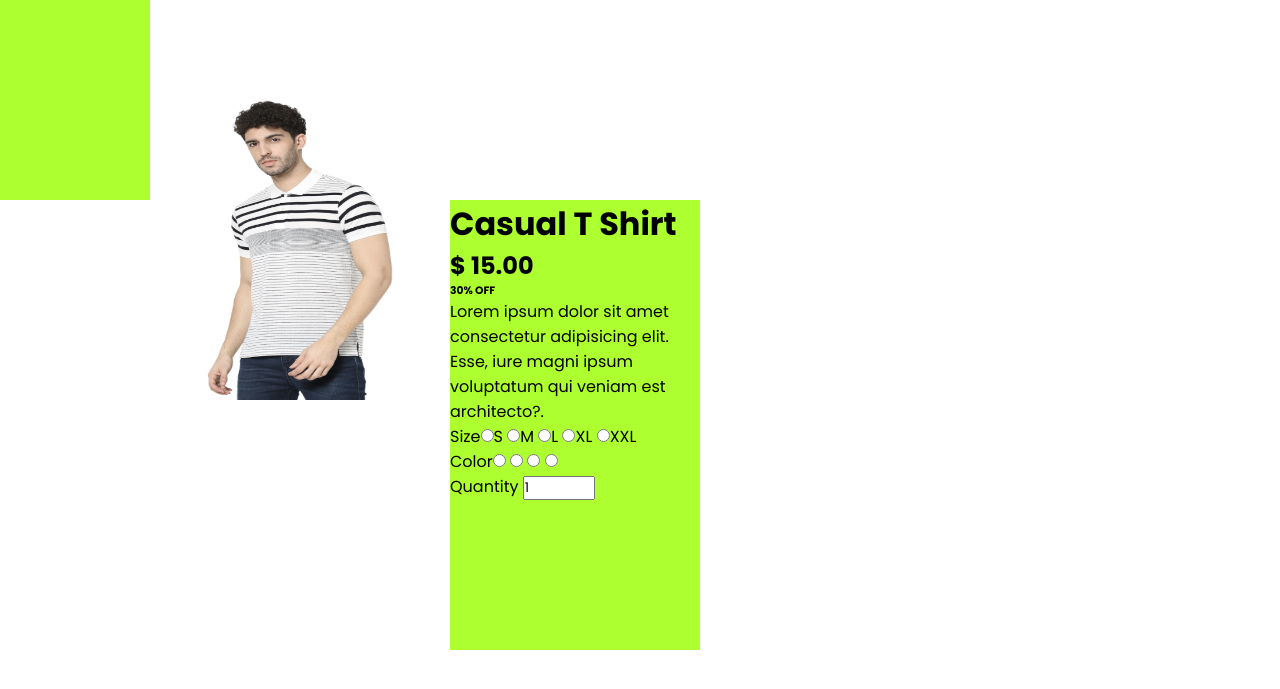
Repository: Ankitkr2021/Product-Page
Page: index.html
The author's editor kept a copy of each file at every save. The page is drawn from the files as they stood at one save, then again after the next save.
The browser window is 1280 px wide. The pictures show the whole page.

Above is the page before, as saved 2025-10-24 10:16:35.

### index.html
<!DOCTYPE html>
<html lang="en">
<head>
    <meta charset="UTF-8">
    <meta name="viewport" content="width=device-width, initial-scale=1.0">
    <title>Product Page Design</title>
    <link rel="stylesheet" href="./style.css">
</head>
<body>
    <div class="main">
    <div class="left">
    <div class="image1"><img src="./images/image1.png" alt=""></div>
    <div class="image2"></div>
    <div class="image3"></div>
    </div>
    <div class="right">
        <h1>Casual T Shirt</h1>
        <h2>$ 15.00</h2>
        <h6>30% OFF</h6>
        <p>Lorem ipsum dolor sit amet consectetur adipisicing elit. Esse, iure magni ipsum voluptatum qui veniam est architecto?.</p>
       <label>Size<input type="radio" name="size" value="s">S</label>
        <label><input type="radio" name="size" value="m">M</label>
        <label><input type="radio" name="size" value="l">L</label>
        <label><input type="radio" name="size" value="xl">XL</label>
        <label><input type="radio" name="size" value="xxl">XXL</label>

        <div class="color">
        <label>Color<input type="radio" name="color" value="red"></label>
        <label><input type="radio" name="color" value="green"></label>
        <label><input type="radio" name="color" value="blue"></label>
        <label><input type="radio" name="color" value="pink"></label>
        </div>

        <div class="quantity">
            <label>Quantity</label>
             <input type="number" id="qty" name="qty" min="1" max="10" value="1">
        </div>
    </div>
    </div>
</body>
</html>

### style.css
@import url("https://fonts.googleapis.com/css2?family=Poppins:wght@400;700&display=swap");

*{
    margin: 0;
    padding: 0;
    box-sizing: border-box;
    font-family: "Poppins",sans-serif;
}

.left {
    height: 200px;
    width: 150px;
    background: greenyellow;
}

.left img {
    height: 300px;
    width: 300px;
    margin-left: 150px;
    margin-top: 100px;
}

.right{
    height: 450px;
    width: 250px;
    margin-left: 450px;
    background: greenyellow;

}

After the next save:
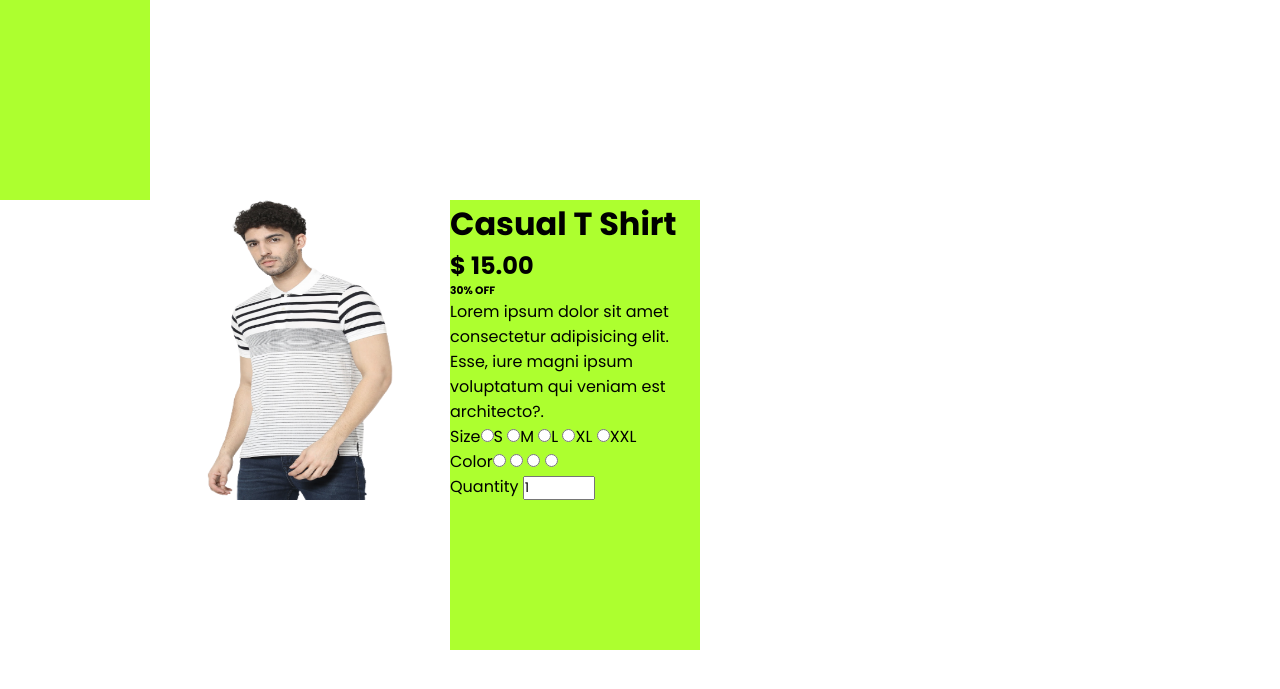
Saved 6 s later.
--- a/style.css
+++ b/style.css
@@ -17,7 +17,7 @@
     height: 300px;
     width: 300px;
     margin-left: 150px;
-    margin-top: 100px;
+    margin-top: 200px;
 }
 
 .right{
